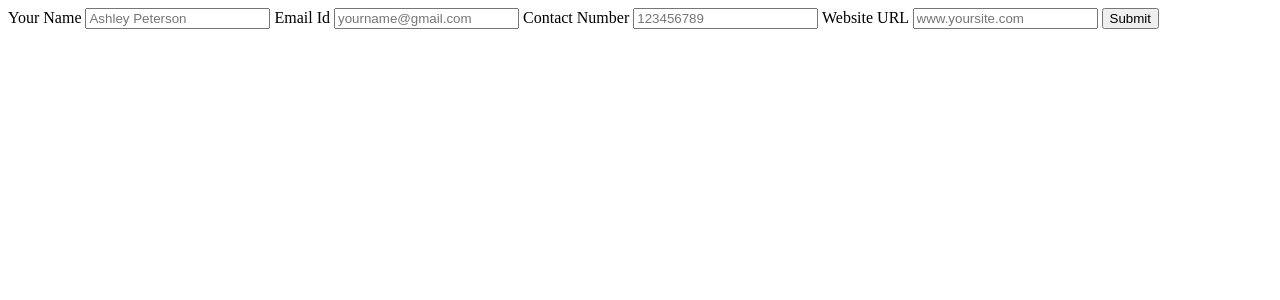
Repository: usaeed/Project2018
Page: http://localhost/curdProject/create.jsp
These files come from the project's save history. The page is drawn as it stood at one moment and after the next save; the edit follows.
The browser window is 1280 px wide. The pictures show the whole page.
The page is served by Tomcat 9.

Above is the page before, as saved 2018-02-02 10:13:58.

### curdProject/WebContent/create.jsp
<%@ page language="java" contentType="text/html; charset=ISO-8859-1"
    pageEncoding="ISO-8859-1"%>
<!DOCTYPE html PUBLIC "-//W3C//DTD HTML 4.01 Transitional//EN" "http://www.w3.org/TR/html4/loose.dtd">
<%@include file="connect.jsp"%>
<html>
<head>
<meta http-equiv="Content-Type" content="text/html; charset=ISO-8859-1">
<title>Insert title here</title>
</head>
<body>

<form action="xxx.jsp">
<label>Your Name</label>
<input name="name" placeholder="Ashley Peterson" type="text" width="100px;">
<label>Email Id</label>
<input name="email" placeholder="yourname@gmail.com" type="text">
<label>Contact Number</label>
<input name="contact" placeholder="123456789" type="text">
<label>Website URL</label>
<input name="website" placeholder="www.yoursite.com" type="text">
  <input type="submit" value="Submit">
</form>
</body>
</html>

### curdProject/WebContent/connect.jsp
<%@ page language="java" contentType="text/html; charset=ISO-8859-1"
	pageEncoding="ISO-8859-1"%>
<%@page import="java.sql.DriverManager"%>
<%@page import="java.sql.ResultSet"%>
<%@page import="java.sql.Statement"%>
<%@page import="java.sql.Connection"%>
<%
	String id = request.getParameter("userid");
	String driver = "com.mysql.jdbc.Driver";
	String connectionUrl = "jdbc:mysql://localhost:3306/";
	String database = "curddb";
	String userid = "root";
	String password = "";
	try {
		Class.forName(driver);
	} catch (ClassNotFoundException e) {
		e.printStackTrace();
	}
	Connection connection = null;
	Statement statement = null;
	ResultSet resultSet = null;
%>

After the next save:
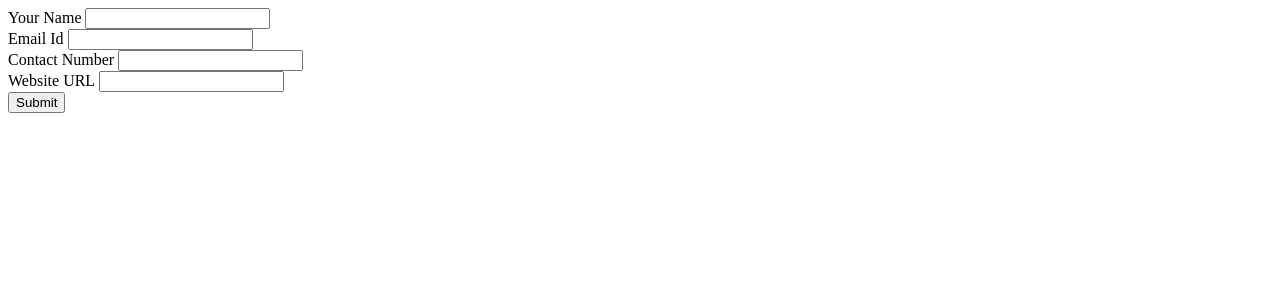
Saved 2 min 11 s later.
--- a/curdProject/WebContent/create.jsp
+++ b/curdProject/WebContent/create.jsp
@@ -11,14 +11,14 @@
 
 <form action="xxx.jsp">
 <label>Your Name</label>
-<input name="name" placeholder="Ashley Peterson" type="text" width="100px;">
+<input name="name" type="text" width="100px;"><br>
 <label>Email Id</label>
-<input name="email" placeholder="yourname@gmail.com" type="text">
+<input name="email" type="text"><br>
 <label>Contact Number</label>
-<input name="contact" placeholder="123456789" type="text">
+<input name="contact" type="text"><br>
 <label>Website URL</label>
-<input name="website" placeholder="www.yoursite.com" type="text">
-  <input type="submit" value="Submit">
+<input name="website" type="text"><br>
+<input type="submit" value="Submit">
 </form>
 </body>
 </html>
